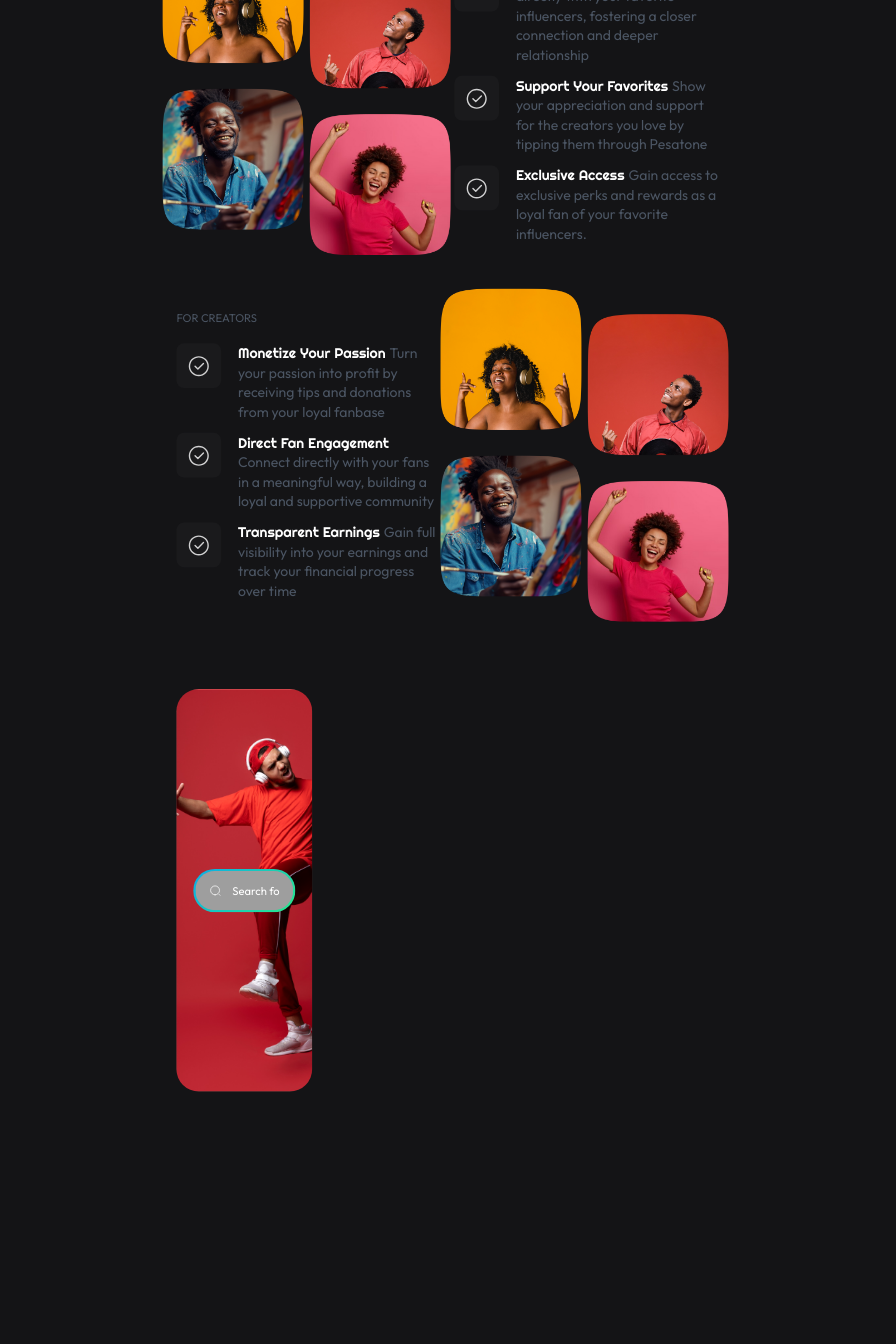
Repository: felixdusengimana/capstone-project-mirror
Page: / (app in frontend/)
An editor plug-in stored every save of this project. The page is shown before and after the next save, followed by the edit.
The browser window is 1280 px wide. The pictures show the part of the page from y = 2035 to 3955 px (the page is 3955 px tall), at 70% of full size.
Pictures or frames that could not be fetched are drawn as grey boxes. Backgrounds fixed to the window are drawn as part of the page. The project was rebuilt for these pictures with package versions that can differ from the ones it lists, and the page was loaded fresh each time. The framework's server and built-in components were replaced by stand-ins that run in the browser. Also part of the build but not shown: frontend/next.config.mjs.

Above is the page before, as saved 2024-03-11 16:28:22.

After the next save:
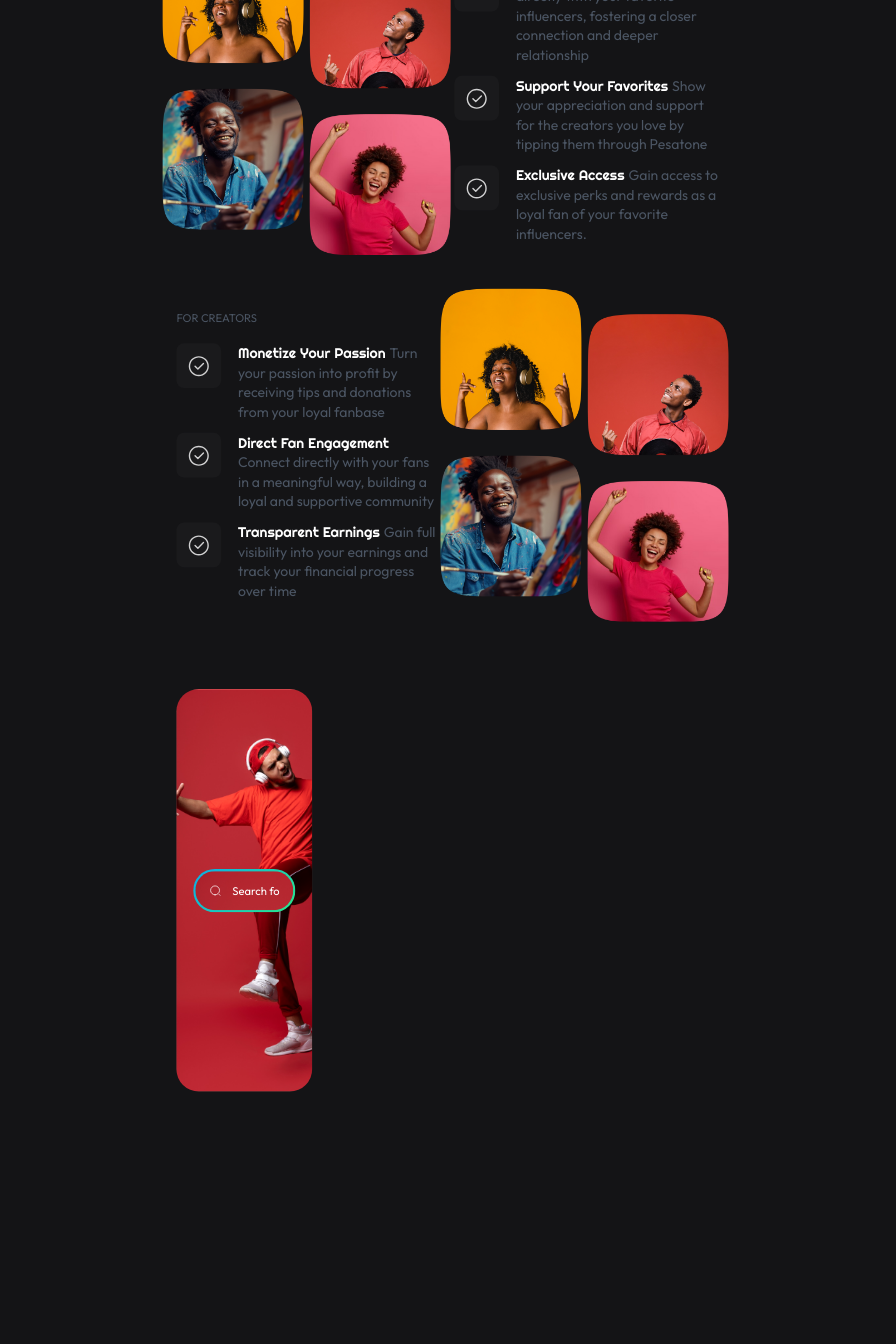
Saved 51 s later.
--- a/frontend/app/globals.css
+++ b/frontend/app/globals.css
@@ -41,6 +41,6 @@ body {
   border: 3px solid transparent;
   border-radius: 50px;
   background:
-    url(https://picsum.photos/800/300?image=1069) padding-box fixed,
+    url(/creator-bg.png) padding-box fixed,
     linear-gradient(-45deg, #2ae88a 0%, #08aeea 100%) border-box;
 }
